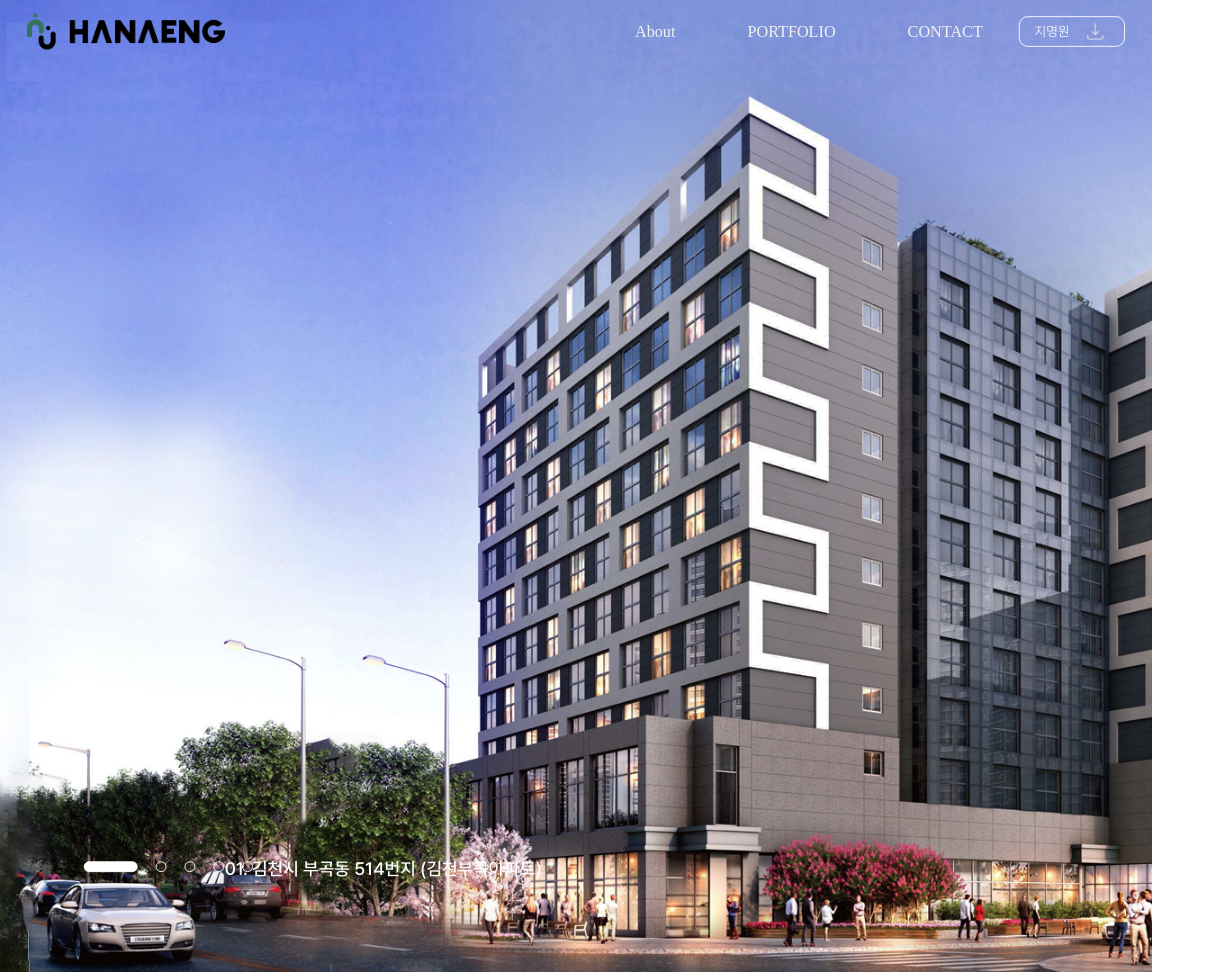
Repository: makeditWeb/hanaenc
Page: main.html
An editor plug-in stored every save of this project. The page is shown before and after the next save, followed by the edit.
The browser window is 1280 px wide. The page is 1363 px wide, so the pictures cover 1363 px, including what lies to the right of the window. The pictures show the whole page, at 90% of full size.
Some web libraries are served in a nearby version.

Above is the page before, as saved 2023-07-05 21:26:33.

### main.html
<!DOCTYPE html>
<html lang="en">
<head>
    <meta charset="UTF-8">
    <meta name="viewport" content="width=device-width, initial-scale=1.0">
    <title>Document</title>

    <link rel="stylesheet" href="./css/style.css">

    <link rel="stylesheet" type="text/css" href="//cdn.jsdelivr.net/npm/slick-carousel@1.8.1/slick/slick.css"/>
</head>
<body>
    <header id="nav-menu" aria-label="navigation bar">
        <nav>
            <div class="wrapper">
                <a class="logo" href="/">
                    <img src="./image/logo_b.png" alt="Logo" />
                </a>
                <input type="radio" name="slider" id="menu-btn">
                <input type="radio" name="slider" id="close-btn">
                <ul class="nav-links">
                    <label for="close-btn" class="btn close-btn"><i class="fas fa-times"></i></label>
                    <li class="navbar_list">
                        <a href="#" class="desktop-item">About</a>
                        <input type="checkbox" id="showDrop">
                        <label for="showDrop" class="mobile-item">About</label>
                        <ul class="drop-menu">
                            <li><a href="#">회사소개 및 연혁</a></li>
                            <li><a href="#">사업분야</a></li>
                            <li><a href="#">조직도</a></li>
                            <li><a href="#">인증현황</a></li>
                        </ul>
                    </li>
                    <li class="navbar_list"><a class="nav-link" href="/">PORTFOLIO</a></li>
                    <li class="navbar_list"><a class="nav-link" href="/">CONTACT</a></li>

                    <li class="download_wrap">
                        <p>지명원</p>
                        <img src="./image/navbar_down_w.png">
                    </li>
                </ul>

                <label for="menu-btn" class="btn menu-btn"><i class="fas fa-bars"></i></label>
            </div>
        </nav>
    </header>



    <section class="main">
        <div class="main-slide-wrap">
            <div class="main-slide">
                <img src="./image/main_slide1.jpg" alt="slide1">
                <p class="slide_title">01. 김천시 부곡동 514번지 (김천부곡아파트)</p>
            </div>
            <div class="main-slide">
                <img src="./image/main_slide2.jpg" alt="slide1">
                <p class="slide_title">01. 김천시 부곡동 514번지 (김천부곡아파트)</p>
            </div>
            <div class="main-slide">
                <img src="./image/main_slide3.jpg" alt="slide1">
                <p class="slide_title">01. 김천시 부곡동 514번지 (김천부곡아파트)</p>
            </div>
            <div class="main-slide">
                <img src="./image/main_slide4.jpg" alt="slide1">
                <p class="slide_title">01. 김천시 부곡동 514번지 (김천부곡아파트)</p>
            </div>
            <div class="main-slide">
                <img src="./image/main_slide5.jpg" alt="slide1">
                <p class="slide_title">01. 김천시 부곡동 514번지 (김천부곡아파트)</p>
            </div>
        </div>
    </section>
</body>

<script type="text/javascript" src="//code.jquery.com/jquery-1.11.0.min.js"></script>
<script type="text/javascript" src="//cdn.jsdelivr.net/npm/slick-carousel@1.8.1/slick/slick.min.js"></script>
<script src="./js/main.js"></script>

<script>
    $(document).ready(function () {
        $('.main-slide-wrap').slick({
            infinite: true,
            slidesToShow: 1,
            dots: true,
            arrows:false,
        });
    });
</script>
</html>

### css/style.css
* {
    margin: 0;
    padding: 0;
    box-sizing: border-box;
}

:root {
    --dark-grey: #333333;
    --medium-grey: #636363;
    --light-grey: #eeeeee;
    --ash: #f4f4f4;
    --primary-color: #2b72fb;
    --white: white;
    --border: 1px solid var(--light-grey);
    --shadow: rgba(0, 0, 0, 0.05) 0px 6px 24px 0px,
        rgba(0, 0, 0, 0.08) 0px 0px 0px 1px;
    --main-color: #009078;
}


@font-face {
    font-family: 'Pretendard-Thin';
    src: url('../font/Pretendard-Thin.woff') format('woff'),
        url('../font/Pretendard-Thin.woff2') format('woff2');
    font-weight: 100;
    font-style: normal;
}

@font-face {
    font-family: 'Pretendard-ExtraLight';
    src: url('../font/Pretendard-ExtraLight.woff') format('woff'),
        url('../font/Pretendard-ExtraLight.woff2') format('woff2');
    font-weight: 200;
    font-style: normal;
}

@font-face {
    font-family: 'Pretendard-Light';
    src: url('../font/Pretendard-Light.woff') format('woff'),
        url('../font/Pretendard-Light.woff2') format('woff2');
    font-weight: 300;
    font-style: normal;
}

@font-face {
    font-family: 'Pretendard-Regular';
    src: url('../font/Pretendard-Regular.woff') format('woff'),
        url('../font/Pretendard-Regular.woff2') format('woff2');
    font-weight: 400;
    font-style: normal;
}

@font-face {
    font-family: 'Pretendard-Medium';
    src: url('../font/Pretendard-Medium.woff') format('woff'),
        url('../font/Pretendard-Medium.woff2') format('woff2');
    font-weight: 500;
    font-style: normal;
}

@font-face {
    font-family: 'Pretendard-SemiBold';
    src: url('../font/Pretendard-SemiBold.woff') format('woff'),
        url('../font/Pretendard-SemiBold.woff2') format('woff2');
    font-weight: 600;
    font-style: normal;
}

@font-face {
    font-family: 'Pretendard-Bold';
    src: url('../font/Pretendard-Bold.woff') format('woff'),
        url('../font/Pretendard-Bold.woff2') format('woff2');
    font-weight: 700;
    font-style: normal;
}

@font-face {
    font-family: 'Pretendard-ExtraBold';
    src: url('../font/Pretendard-ExtraBold.woff') format('woff'),
        url('../font/Pretendard-ExtraBold.woff2') format('woff2');
    font-weight: 800;
    font-style: normal;
}

@font-face {
    font-family: 'Pretendard-Black';
    src: url('../font/Pretendard-Black.woff') format('woff'),
        url('../font/Pretendard-Black.woff2') format('woff2');
    font-weight: 800;
    font-style: normal;
}


* {
    margin: 0;
    padding: 0;
    box-sizing: border-box;
}

html,body{
    height: 100%;
}

nav {
    position: fixed;
    z-index: 99;
    width: 100%;

    background: transparent;
}

nav .wrapper {
    position: relative;
    max-width: 1410px;
    padding: 0px 30px;
    height: 70px;
    line-height: 70px;
    margin: auto;
    display: flex;
    align-items: center;
    justify-content: space-between;
}


.wrapper .logo {
width: 220px;
height: auto;
display: flex;
align-items: center;
}

.wrapper .logo img{
    width: 100%;
}

.wrapper .nav-links {
    display: flex;
    align-items: center;
}

.nav-links li {
    list-style: none;
    position: relative;
}


.nav-links li a {
    color: #f2f2f2;
    text-decoration: none;
    font-size: 18px;
    font-weight: 500;
    padding: 9px 40px;
    transition: all 0.3s ease;
    position: relative;
}


.nav-links li:hover a::after{
    position: absolute;
    content: "";
    display: block;
    width: 60px;
    height: 3px;
    background-color:var(--main-color);
    bottom: 0;
    left: 50%;
    transform: translate(-50%);
}

.nav-links .mobile-item {
    display: none;
}

.nav-links .drop-menu {
    position: absolute;
    border-radius: 10px;
    background-color: #009078;
    width: 180px;
    line-height: 45px;
    top: 85px;
    right: -33px;
    opacity: 0;
    visibility: hidden;
    box-shadow: 0 6px 10px rgba(0, 0, 0, 0.15);
    padding: 27px 25px;
    box-sizing: border-box;
}

.nav-links li:hover .drop-menu,
.nav-links li:hover .mega-box {
    transition: all 0.3s ease;
    top: 70px;
    opacity: 1;
    visibility: visible;
}

.drop-menu li{
    padding:0;
}
.drop-menu li a {
    width: 100%;
    display: block;
    font-family: 'Pretendard-Regular';
    border-radius: 0px;
    font-size: 18px;
    padding: 0;
}

.mega-box {
    position: absolute;
    left: 0;
    width: 100%;
    padding: 0 30px;
    top: 85px;
    opacity: 0;
    visibility: hidden;
}

.mega-box .content {
    background: #242526;
    padding: 25px 20px;
    display: flex;
    width: 100%;
    justify-content: space-between;
    box-shadow: 0 6px 10px rgba(0, 0, 0, 0.15);
}

.mega-box .content .row {
    width: calc(25% - 30px);
    line-height: 45px;
}

.content .row img {
    width: 100%;
    height: 100%;
    object-fit: cover;
}

.content .row header {
    color: #f2f2f2;
    font-size: 20px;
    font-weight: 500;
}

.content .row .mega-links {
    margin-left: -40px;
    border-left: 1px solid rgba(255, 255, 255, 0.09);
}

.row .mega-links li {
    padding: 0 20px;
}

.row .mega-links li a {
    padding: 0px;
    padding: 0 20px;
    color: #d9d9d9;
    font-size: 17px;
    display: block;
}

.row .mega-links li a:hover {
    color: #f2f2f2;
}

.wrapper .btn {
    color: #fff;
    font-size: 20px;
    cursor: pointer;
    display: none;
}

.wrapper .btn.close-btn {
    position: absolute;
    right: 30px;
    top: 10px;
}

@media screen and (max-width: 970px) {
    .wrapper .btn {
        display: block;
    }

    .wrapper .nav-links {
        position: fixed;
        height: 100vh;
        width: 100%;
        max-width: 350px;
        top: 0;
        left: -100%;
        background: #242526;
        display: block;
        padding: 50px 10px;
        line-height: 50px;
        overflow-y: auto;
        box-shadow: 0px 15px 15px rgba(0, 0, 0, 0.18);
        transition: all 0.3s ease;
    }

    /* custom scroll bar */
    ::-webkit-scrollbar {
        width: 10px;
    }

    ::-webkit-scrollbar-track {
        background: #242526;
    }

    ::-webkit-scrollbar-thumb {
        background: #3A3B3C;
    }

    #menu-btn:checked~.nav-links {
        left: 0%;
    }

    #menu-btn:checked~.btn.menu-btn {
        display: none;
    }

    #close-btn:checked~.btn.menu-btn {
        display: block;
    }

    .nav-links li {
        margin: 15px 10px;
    }

    .nav-links li a {
        padding: 0 20px;
        display: block;
        font-size: 20px;
    }

    .nav-links .drop-menu {
        position: static;
        opacity: 1;
        top: 65px;
        visibility: visible;
        padding-left: 20px;
        width: 100%;
        max-height: 0px;
        overflow: hidden;
        box-shadow: none;
        transition: all 0.3s ease;
    }

    #showDrop:checked~.drop-menu,
    #showMega:checked~.mega-box {
        max-height: 100%;
    }

    .nav-links .desktop-item {
        display: none;
    }

    .nav-links .mobile-item {
        display: block;
        color: #f2f2f2;
        font-size: 20px;
        font-weight: 500;
        padding-left: 20px;
        cursor: pointer;
        border-radius: 5px;
        transition: all 0.3s ease;
    }

    .nav-links .mobile-item:hover {
        background: #3A3B3C;
    }

    .drop-menu li {
        margin: 0;
    }

    .drop-menu li a {
        border-radius: 5px;
        font-size: 18px;
    }

    .mega-box {
        position: static;
        top: 65px;
        opacity: 1;
        visibility: visible;
        padding: 0 20px;
        max-height: 0px;
        overflow: hidden;
        transition: all 0.3s ease;
    }

    .mega-box .content {
        box-shadow: none;
        flex-direction: column;
        padding: 20px 20px 0 20px;
    }

    .mega-box .content .row {
        width: 100%;
        margin-bottom: 15px;
        border-top: 1px solid rgba(255, 255, 255, 0.08);
    }

    .mega-box .content .row:nth-child(1),
    .mega-box .content .row:nth-child(2) {
        border-top: 0px;
    }

    .content .row .mega-links {
        border-left: 0px;
        padding-left: 15px;
    }

    .row .mega-links li {
        margin: 0;
    }

    .content .row header {
        font-size: 19px;
    }
}

nav input {
    display: none;
}

.body-text {
    position: absolute;
    top: 50%;
    left: 50%;
    transform: translate(-50%, -50%);
    width: 100%;
    text-align: center;
    padding: 0 30px;
}

.body-text div {
    font-size: 45px;
    font-weight: 600;
}

.download_wrap {
    display: flex;
    align-items: center;
    justify-content: center;
    border: 1px solid #fff;
    border-radius: 10px;
    width: 118px;
    height: 34px;

}

.download_wrap p {
    font-size: 15px;
    color: #fff;
    font-family: 'Pretendard-Light';
    margin-right: 14px;
}

.download_wrap img {
    width: 30px;
    height: 30px;
}

.main-slide {
    width: 100%;
    position: relative;
}

.main-slide p {
    color: #fff;
    position: absolute;
    bottom: 103px;
    left: 19.5%;
    font-size: 20px;
    font-family: 'Pretendard-Medium';
}

.slick-dots {
    display: flex;
    align-items: center;
    padding: 1rem 0;
    list-style-type: none;
    position: absolute;
    bottom: 95px;
    max-width: 1410px;
    width: 100%;
    margin: 0 auto;
    left: 6.5%;
}

.slick-dots li {
    margin: 0 10px;
}

.slick-dots button {
    display: block;
    width: 12px;
    height: 12px;
    border-radius: 50%;
    padding: 0;
    border: none;
    background-color: transparent;
    border: 1px solid #fff;
    text-indent: -9999px;
}

.slick-dots li.slick-active button {
    width: 60px;
    height: 12px;
    background-color: #fff;
    border-radius: 10px;
}

@media (max-width: 1100px) {
    #hamburger {
        display: block;
    }

    .container {
        width: 100%;
        max-width: 100%;
        padding: 40px 20px 30px;
    }

    .menu {
        display: none;
        position: absolute;
        top: 87px;
        left: 0;
        min-height: 100vh;
        width: 100vw;
    }


    .logo {
        width: 140px;
        height: auto;
    }

    .dropdown {
        display: none;
        min-width: 100%;
        border: none !important;
        border-radius: 5px;
        position: static;
        top: 0;
        left: 0;
        visibility: visible;
        opacity: 1;
        transform: none;
        box-shadow: none;
    }

    .menu.show,
    .dropdown.active {
        display: block;
    }

    .dropdown ul {
        padding-left: 0.3rem;
    }

    .menu-bar {
        display: flex;
        flex-direction: column;
        align-items: stretch;
        row-gap: 1rem;
        padding: 1rem;
    }

    .menu-bar .nav-link {
        display: flex;
        justify-content: space-between;
        width: 100%;
        font-weight: 600;
        font-size: 1.2rem;
        margin: 0;
    }

    .menu-bar li:first-child .dropdown {
        min-width: 100%;
    }

    .menu-bar>li:not(:last-child) {
        padding-bottom: 0.5rem;
        border-bottom: var(--border);
    }
}

@media (max-width: 600px) {
    .right-container {
        display: none;
    }
}

Loaded but not shown: js/main.js (no stored copy; drawn as an empty file)

After the next save:
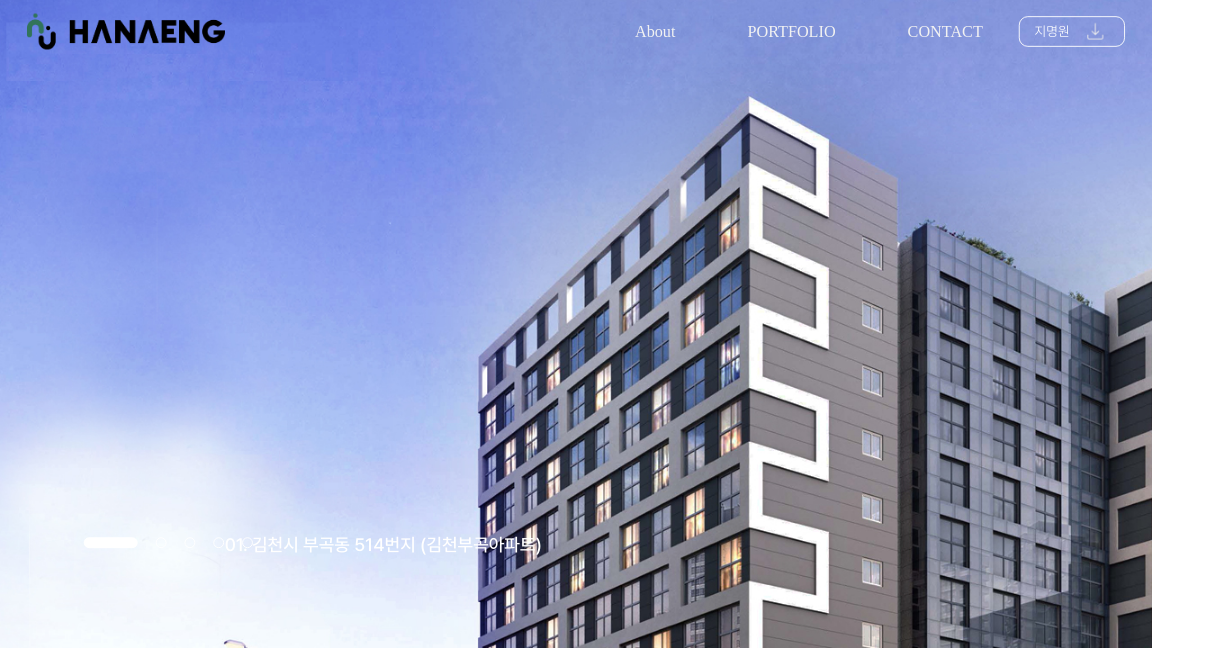
Saved 2 min 33 s later.
--- a/css/style.css
+++ b/css/style.css
@@ -462,6 +462,13 @@
     height: 30px;
 }
 
+.main{
+    height: 100vh;
+}
+
+.main-slide-wrap, .slick-list, .slick-track{
+    height: 100%;
+}
 .main-slide {
     width: 100%;
     position: relative;
